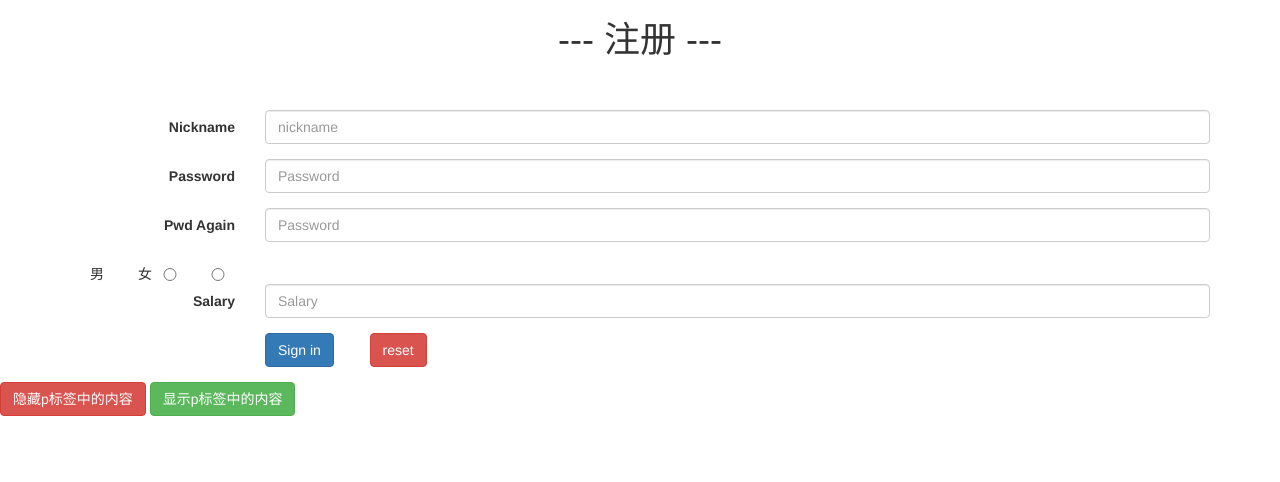
Repository: JuniorProjectTraining/free
Page: http://localhost/emss/register.jsp
These files come from the project's save history. The page is drawn as it stood at one moment and after the next save; the edit follows.
The browser window is 1280 px wide. The pictures show the whole page.
Some web libraries are served in a nearby version. The page is served by Tomcat 9. Other server files are loaded and not shown.

Above is the page before, as saved 2019-12-25 08:31:38.

### emss/src/main/webapp/register.jsp
<%@ page language="java" contentType="text/html; charset=UTF-8"
    pageEncoding="UTF-8"%>
<!DOCTYPE html>
<html lang="zh-CN">
<head>
<meta charset="UTF-8">
<title>注册界面</title>

<meta http-equiv="X-UA-Compatible" content="IE=edge">
<meta name="viewport" content="width=device-width, initial-scale=1">
<!-- 上述3个meta标签*必须*放在最前面，任何其他内容都*必须*跟随其后！ -->
<title>Bootstrap 101 Template</title>

<!-- 引入jquery框架 -->
<script src="https://cdn.staticfile.org/jquery/1.10.2/jquery.min.js"></script>

<!-- Bootstrap -->

<link
	href="https://cdn.jsdelivr.net/npm/bootstrap@3.3.7/dist/css/bootstrap.min.css"
	rel="stylesheet">

    <style type="text/css">
    	input{
    		width: 200px;
    	}

    </style>

</head>


<body>
	<div class="container">
		<h1 style="text-align: center;"> --- 注册 ---</h1>
		<br>
		<br>

		<form class="form-horizontal" action="${pageContext.request.contextPath}/EmpServlet?cmd=register"
		method="post">

			<div class="form-group">
				<label for="nickname" class="col-sm-2 control-label">Nickname</label>
				<div class="col-sm-10">
					<input type="text" class="form-control" id="nickname"
						placeholder="nickname" name="nickname" onclick="nMsg()">
				</div>
				<span id = "nicknameSpan"></span>
			</div>

			<div class="form-group">
				<label for="password1" class="col-sm-2 control-label">Password</label>
				<div class="col-sm-10">
					<input type="password" class="form-control" id="password1"
						placeholder="Password" name="password">
				</div>
				<span id = "password1Span"></span>
			</div>

			<div class="form-group">
				<label for="password2" class="col-sm-2 control-label">Pwd Again</label>
				<div class="col-sm-10">
					<input type="password" class="form-control" id="password2"
						placeholder="Password">
				</div>
				<span id = "password2Span"></span>
			</div>


				<label class="radio-inline">
  					<input type="radio" name="inlineRadioOptions" id="inlineRadio1" value="option1"> 男
				</label>
				<label class="radio-inline">
  					<input type="radio" name="inlineRadioOptions" id="inlineRadio2" value="option2"> 女
				</label>


			<div class="form-group">
				<label for="salary" class="col-sm-2 control-label">Salary</label>
				<div class="col-sm-10">
					<input type="text" class="form-control" id="salary"
						placeholder="Salary" name="salary">
				</div>
				<span id = "salarySpan"></span>
			</div>

			<div class="form-group">
				<div class="col-sm-offset-2 col-sm-10">
					<button type="submit" class="btn btn-primary">Sign in</button>
					&emsp;&emsp;
					<button type="reset" class="btn btn-danger">reset</button>
				</div>
			</div>

		</form>
	</div>

	<!-- /container -->
	<!-- jQuery (Bootstrap 的所有 JavaScript 插件都依赖 jQuery，所以必须放在前边) -->
	<script
		src="https://cdn.jsdelivr.net/npm/jquery@1.12.4/dist/jquery.min.js"></script>
	<!-- 加载 Bootstrap 的所有 JavaScript 插件。你也可以根据需要只加载单个插件。 -->
	<script
		src="https://cdn.jsdelivr.net/npm/bootstrap@3.3.7/dist/js/bootstrap.min.js"></script>

		<button id="hideP" class="btn btn-danger">隐藏p标签中的内容</button>
		<button id="showP" class="btn btn-success">显示p标签中的内容</button>

</body>

<script type="text/javascript">

	/* 当光标放入到nickname的输入框中, 则提示输入信息 */
	function nMsg(){
		// alert("点击了nickname输入框");

		// 获取对应的span标签,
		var nSpan = document.getElementById("nicknameSpan");

		// 在span标签中显示提示内容
		nSpan.innerHTML = "<font color='blue'>请输入8到16位的昵称</font>";
	}

	/* 当光标放入到password的输入框中, 则提示输入信息 */
	function nMsg(){
		var nSpan = document.getElementById("password");
		nSpan.innerHTML = "<font color='blue'>请输入8到16位的密码</font>";
	}

	/* 当光标放入到pwd again的输入框中, 则提示输入信息 */
	function nMsg(){
		var nSpan = document.getElementById("password");
		nSpan.innerHTML = "<font color='blue'>请重复输入相同的密码</font>";
	}

	/* 当光标放入到password的输入框中, 则提示输入信息 */
	function nMsg(){
		var nSpan = document.getElementById("password");
		nSpan.innerHTML = "<font color='blue'>请输入工资</font>";
	}

</script>
</html>

After the next save:
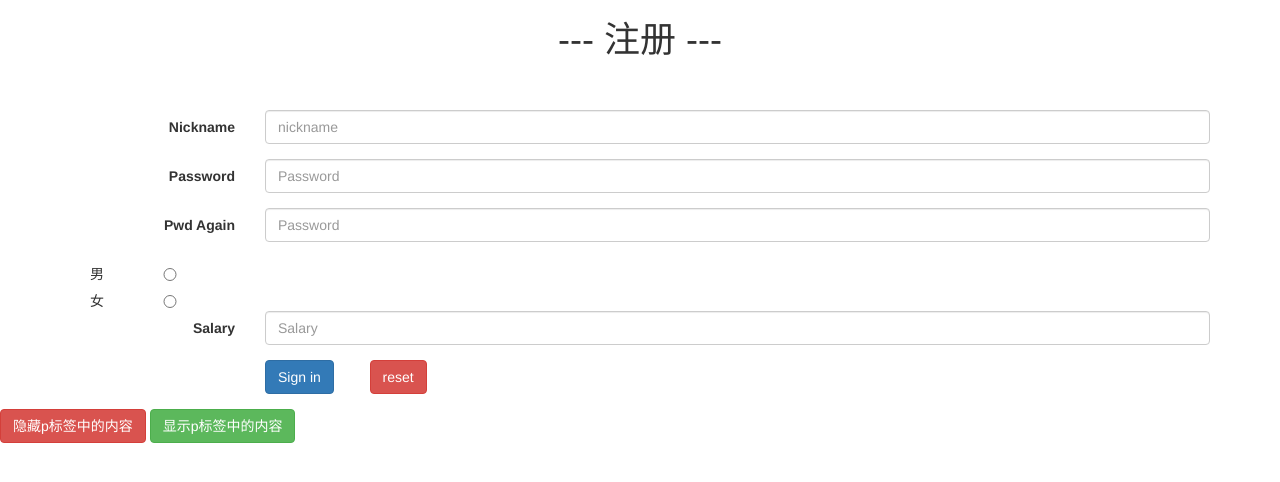
Saved 4 min 12 s later.
--- a/emss/src/main/webapp/register.jsp
+++ b/emss/src/main/webapp/register.jsp
@@ -66,14 +66,17 @@
 				<span id = "password2Span"></span>
 			</div>
 
-
+			<div>
 				<label class="radio-inline">
   					<input type="radio" name="inlineRadioOptions" id="inlineRadio1" value="option1"> 男
 				</label>
+			</div>
+
+			<div>
 				<label class="radio-inline">
   					<input type="radio" name="inlineRadioOptions" id="inlineRadio2" value="option2"> 女
 				</label>
-
+			</div>
 
 			<div class="form-group">
 				<label for="salary" class="col-sm-2 control-label">Salary</label>
